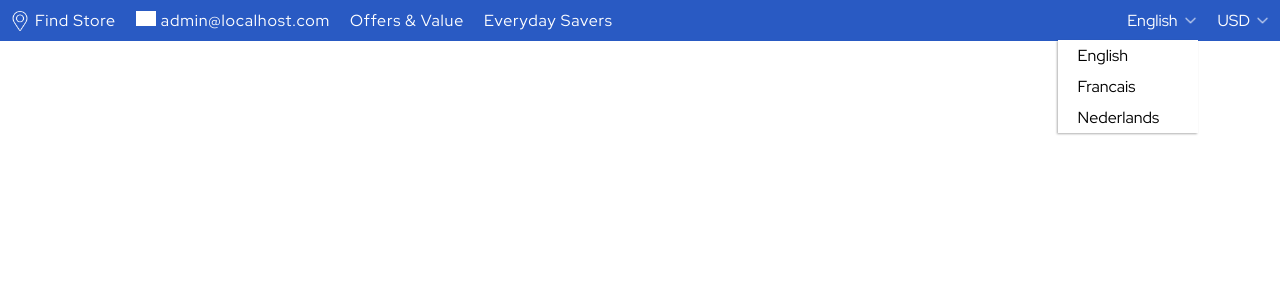
Repository: ldminh95/demo01
Page: index.html
These files come from the project's save history. The page is drawn as it stood at one moment and after the next save; the edit follows.
The browser window is 1280 px wide. The pictures show the whole page.
After loading, the first visible `span.lv2` was clicked once.
Pictures or frames that could not be fetched are drawn as grey boxes.

Above is the page before, as saved 2023-09-18 08:17:33.

After the next save:
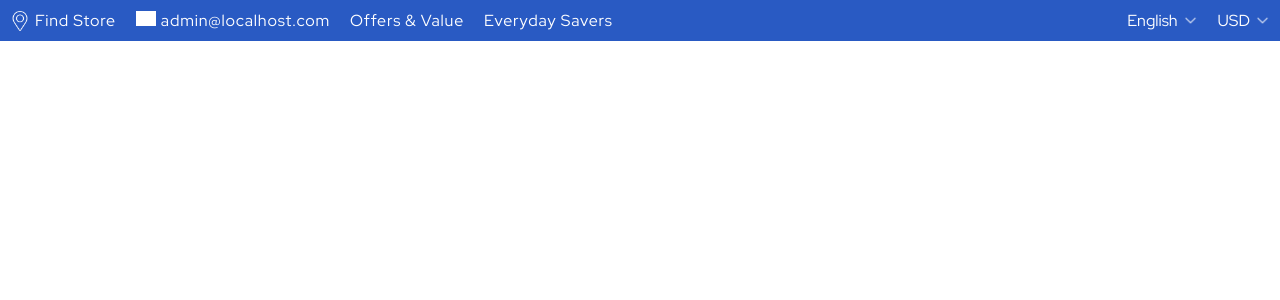
Saved 23 s later.
--- a/js/main.js
+++ b/js/main.js
@@ -4,6 +4,7 @@
 $$('.hd_right .lv2').forEach((e,i) => {
     e.onclick = function() {
         this.nextElementSibling.classList.toggle('active')
+        e.nextElementSibling.classList.remove('active')
     }
-    e.nextElementSibling.classList.remove('active')
+
 });

After the 2 saves that followed:
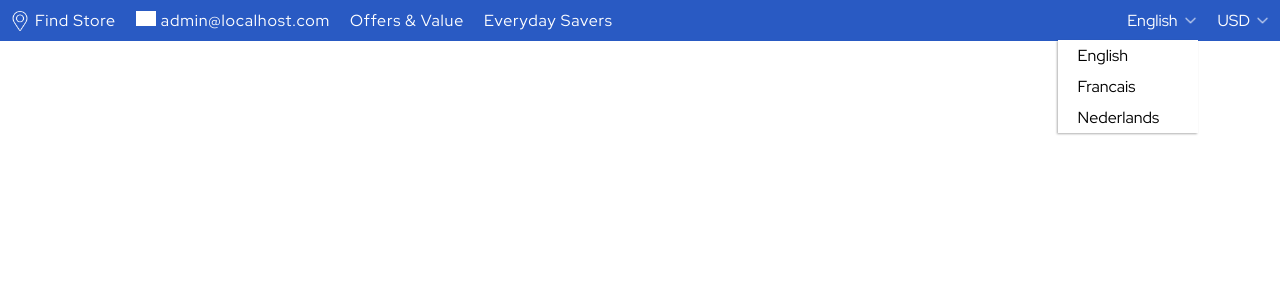
The 2 saves are shown as one change because 1 left the picture as it was.
The last was saved 29 s later.
--- a/js/main.js
+++ b/js/main.js
@@ -2,9 +2,10 @@
 let $$ = document.querySelectorAll.bind(document)
 
 $$('.hd_right .lv2').forEach((e,i) => {
+    let ele = e
     e.onclick = function() {
+        ele.nextElementSibling.classList.remove('active')
         this.nextElementSibling.classList.toggle('active')
-        e.nextElementSibling.classList.remove('active')
     }
 
 });
